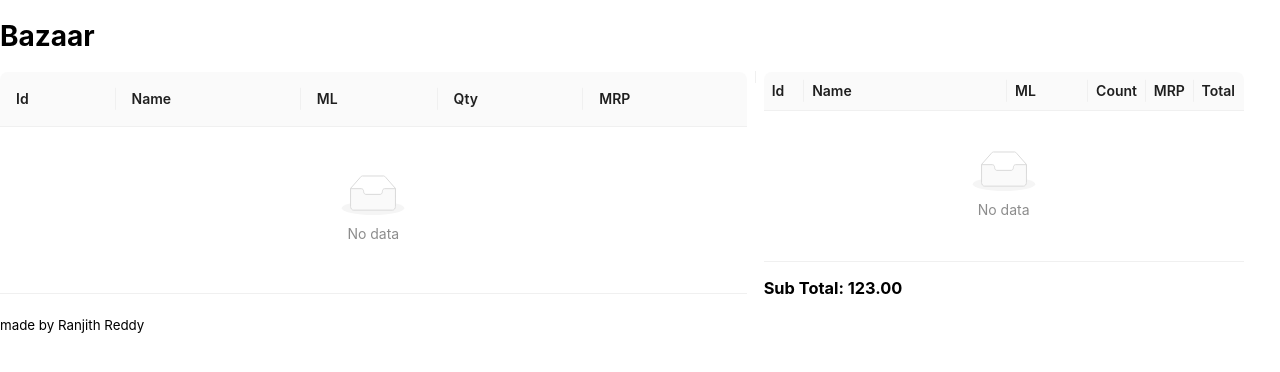
Repository: rxg8255/bazaar
Page: /
An editor plug-in stored every save of this project. The page is shown before and after the next save, followed by the edit.
The browser window is 1280 px wide. The pictures show the whole page.
The page's requests for data from a server got no answer. The project was rebuilt for these pictures with package versions that can differ from the ones it lists, and the page was loaded fresh each time. No one was signed in, and anything a server would have sent is missing. Also part of the build but not shown: src/App.css.

Above is the page before, as saved 2024-01-27 21:38:04.

After the next save:
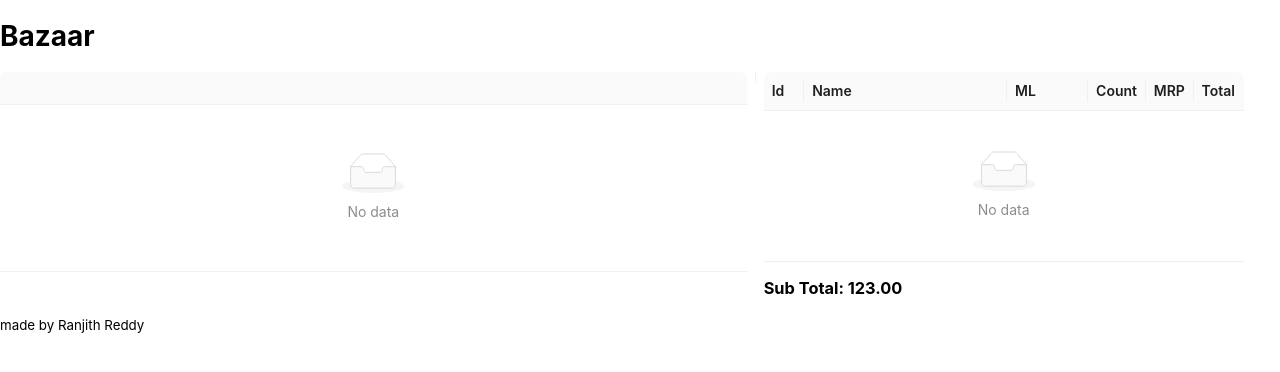
Saved 38 min 2 s later.
--- a/src/Products.js
+++ b/src/Products.js
@@ -53,7 +53,7 @@ function Product(props) {
 
   return (
     <div>
-      <Table columns={columns}>
+      <Table>
         {data.map((item) => (
           <tr>
             {/* key={item.id} item={item} onClick={handleRowClick} */}
